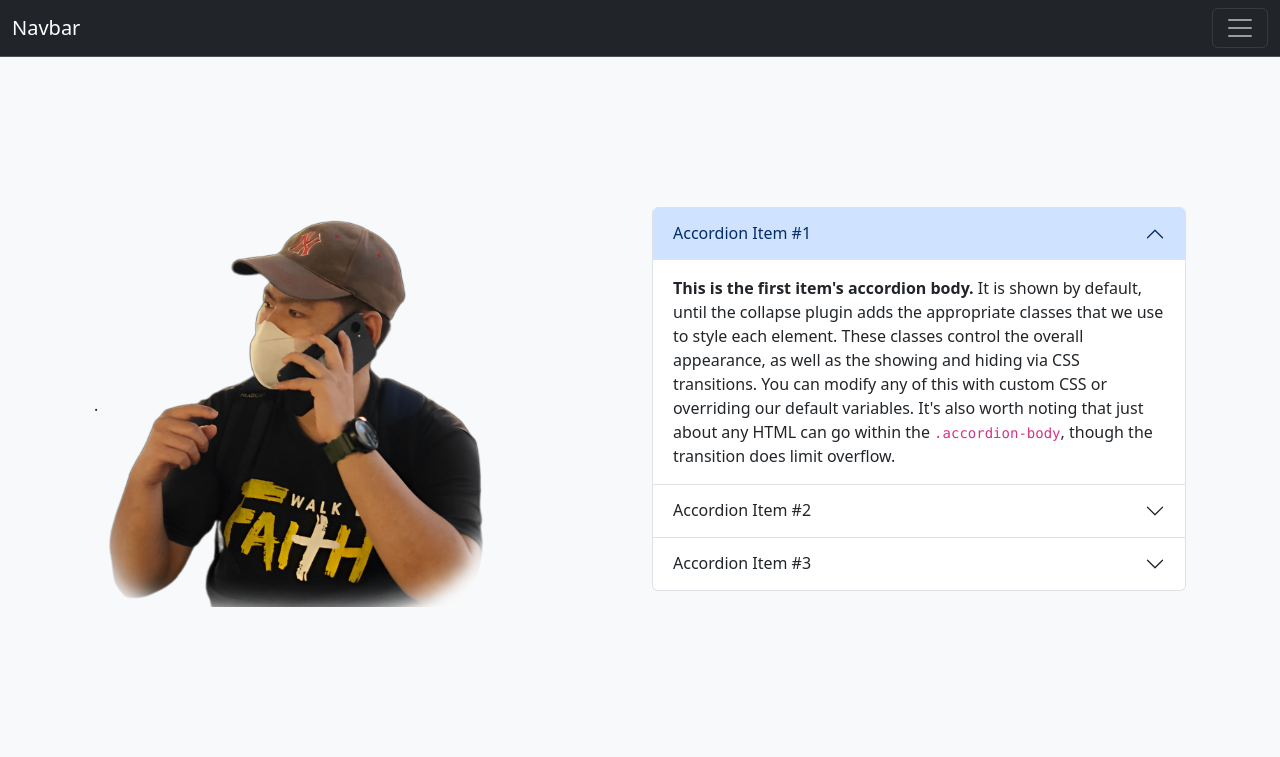
Repository: Shin-da/jeffmathew-portfolio
Page: index.html
The author's editor kept a copy of each file at every save. The page is drawn from the files as they stood at one save, then again after a run of saves.
The browser window is 1280 px wide. The pictures show the whole page.

Above is the page before, as saved 2023-10-07 17:18:52.

After the next 4 saves:
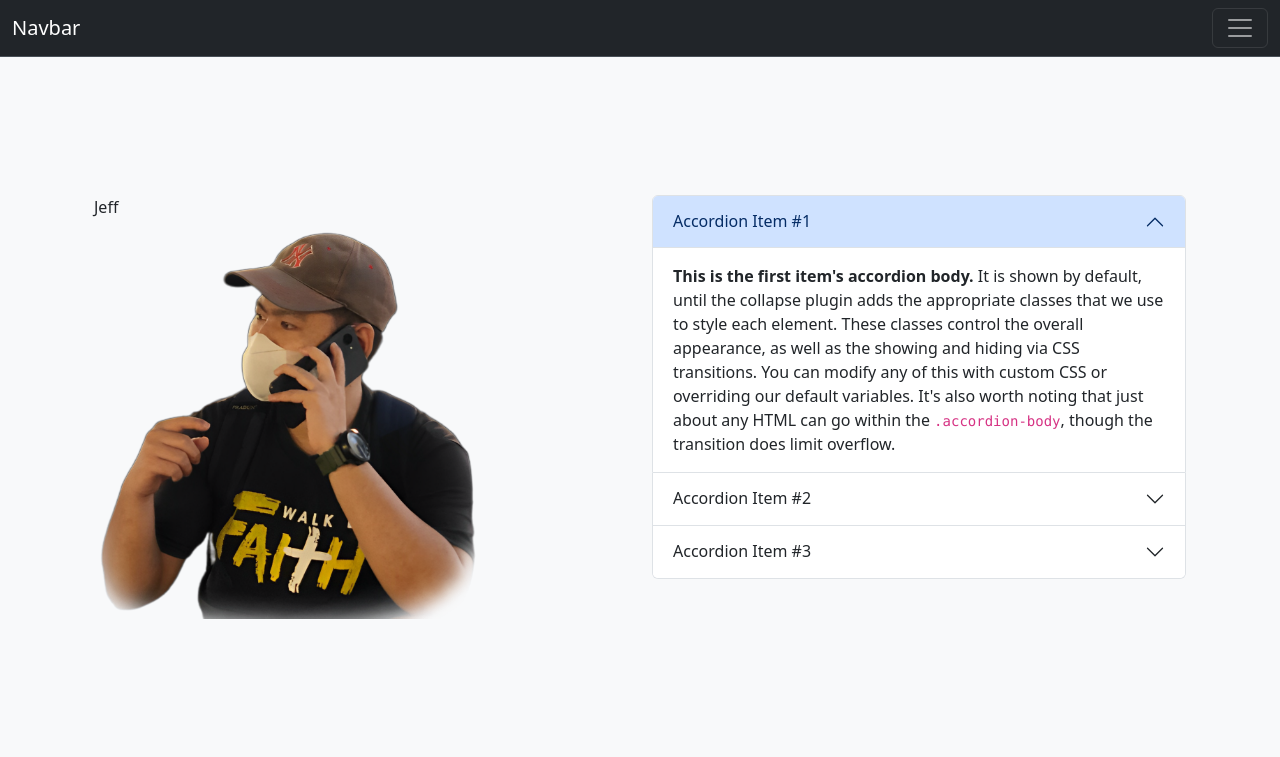
The 4 saves are shown as one change because they came seconds apart.
The last was saved 36 s later.
--- a/index.html
+++ b/index.html
@@ -39,7 +39,7 @@
     <div class="container-fluid d-flex justify-content-center align-items-center bg-light p-5" style="height: 700px;">
       <div class="container d-flex flex-row">
         <div class="container">
-          .
+          <div class="name"> Jeff </div>
           <img src="jef.png" alt="user's picture" width="400px">
         </div>
         <div class="container">
